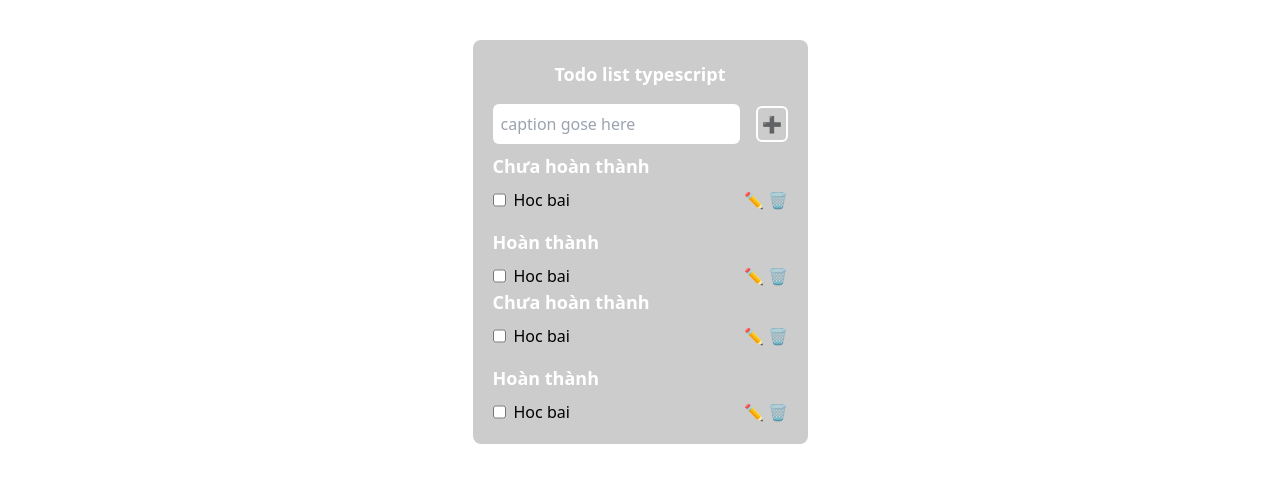
Repository: VIET-TU/react-super-main
Page: / (app in todolist-mybuild/)
The author's editor kept a copy of each file at every save. The page is drawn from the files as they stood at one save, then again after the next save.
The browser window is 1280 px wide. The pictures show the whole page.
The project was rebuilt for these pictures with package versions that can differ from the ones it lists, and the page was loaded fresh each time. Also part of the build but not shown: todolist-mybuild/vite.config.ts.

Above is the page before, as saved 2023-05-16 07:06:31.

After the next save:
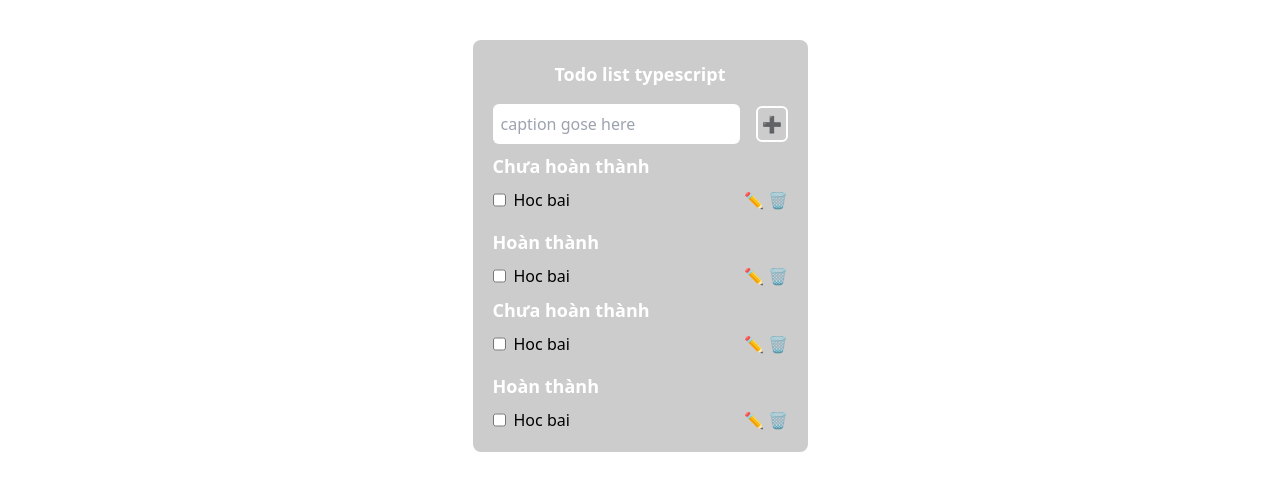
Saved 9 s later.
--- a/todolist-mybuild/src/components/TaskList/TaskList.tsx
+++ b/todolist-mybuild/src/components/TaskList/TaskList.tsx
@@ -2,7 +2,7 @@ import React from 'react'
 
 const TaskList = () => {
   return (
-    <div>
+    <div className='mt-2'>
       <div className='mb-4 unfinish'>
         <h2 className='mb-2 text-lg font-bold text-white text-[20px]'>Chưa hoàn thành</h2>
         <div className='tasks '>
